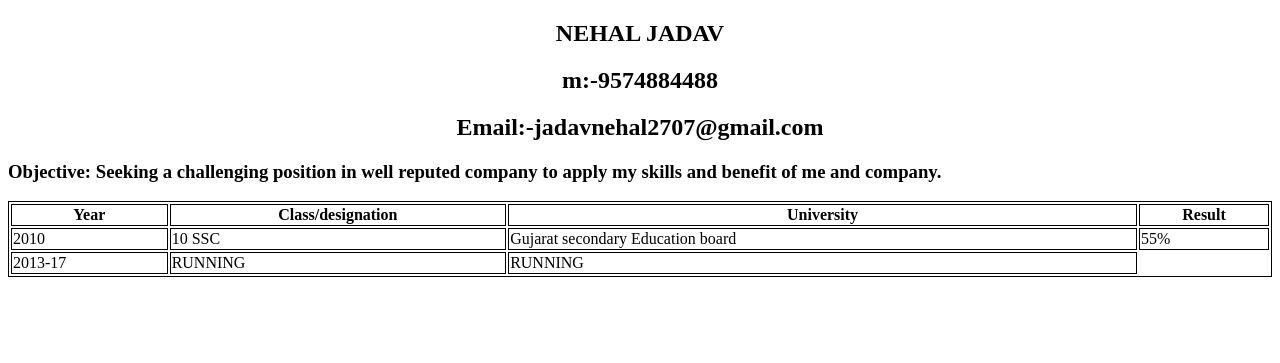
Repository: pratixa-chauhan/practice
Page: resume.html
The author's editor kept a copy of each file at every save. The page is drawn from the files as they stood at one save, then again after the next save.
The browser window is 1280 px wide. The pictures show the whole page.

Above is the page before, as saved 2021-12-21 01:14:00.

After the next save:
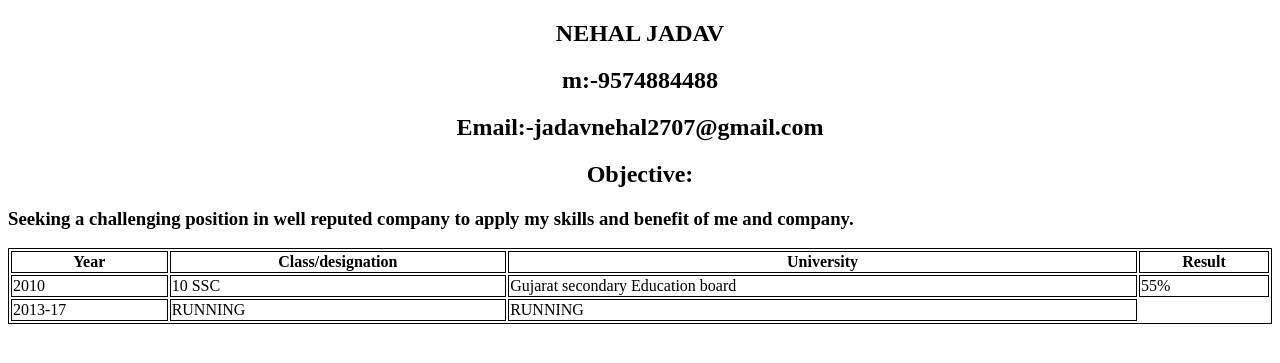
Saved 2 min 30 s later.
--- a/resume.html
+++ b/resume.html
@@ -21,8 +21,11 @@
     <h2>NEHAL JADAV</h2>
     <h2> m:-9574884488</h2>
     <h2>Email:-jadavnehal2707@gmail.com</h2>
-    <h3>Objective: Seeking a challenging position in well reputed company to       apply my skills and benefit of me and company.
-    </h3>
+    <tr>
+    <h2>Objective:
+    </h2>
+    <h3> Seeking a challenging position in well reputed company to       apply my skills and benefit of me and company.</h3>
+</tr>
     <style>
         table, th, td {
           border:1px solid black;
